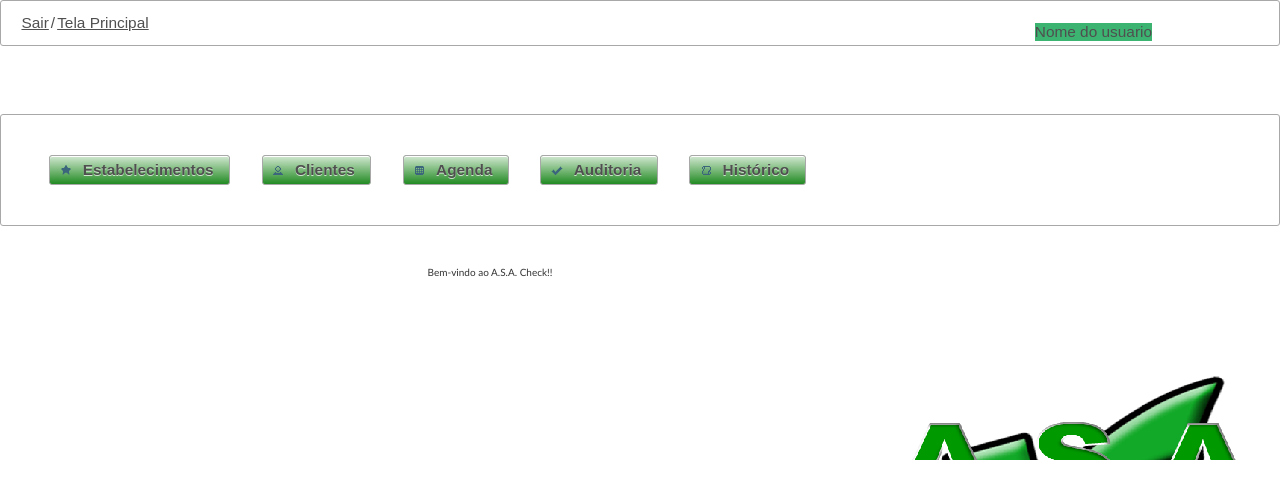
Repository: ptanakai/asacheck
Page: http://localhost/project_asacheck/
The author's editor kept a copy of each file at every save. The page is drawn from the files as they stood at one save, then again after the next save.
The browser window is 1280 px wide. The pictures show the whole page.
The page is served by Tomcat 9.

Above is the page before, as saved 2017-10-12 16:35:07.

After the next save:
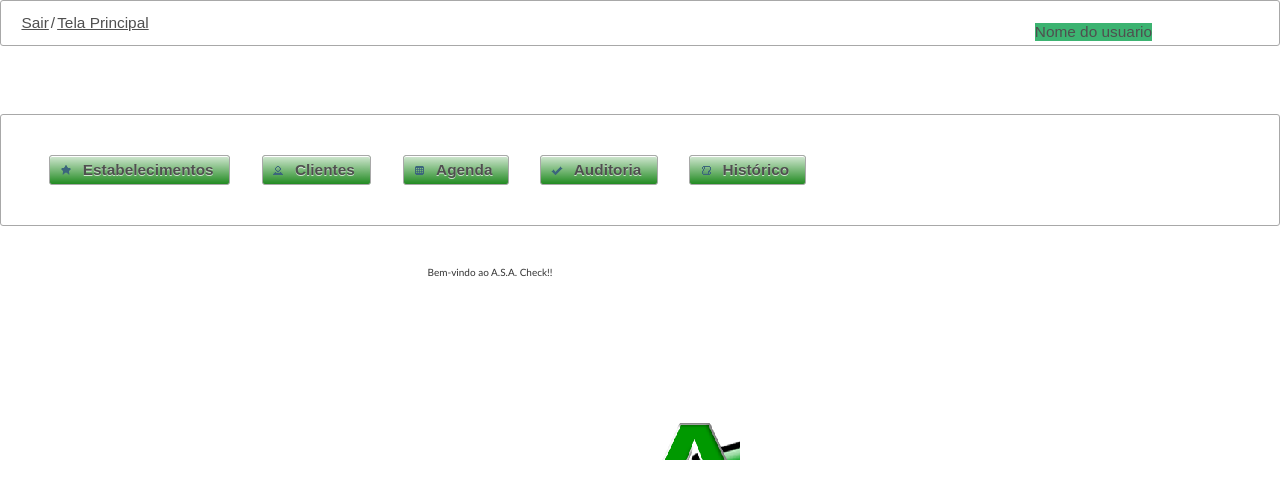
Saved 6 s later.
--- a/project_asacheck/WebContent/design/layout.css
+++ b/project_asacheck/WebContent/design/layout.css
@@ -47,8 +47,8 @@
 	width: 384px;
 	height: 216px;
 	float: center;
-	margin-left: 250px;
 
+	width:100px;
 	height:100px;
 	position:absolute;
 	top:50%;
